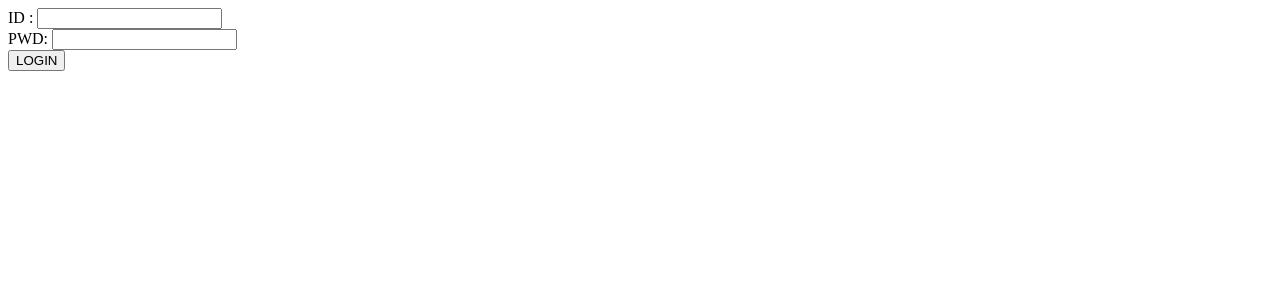
Repository: hrk09/JSPServlet
Page: edu/WebContent/lonInOut.html
These files come from the project's save history. The page is drawn as it stood at one moment and after the next save; the edit follows.
The browser window is 1280 px wide. The pictures show the whole page.

Above is the page before, as saved 2022-06-29 04:37:41.

After the next save:
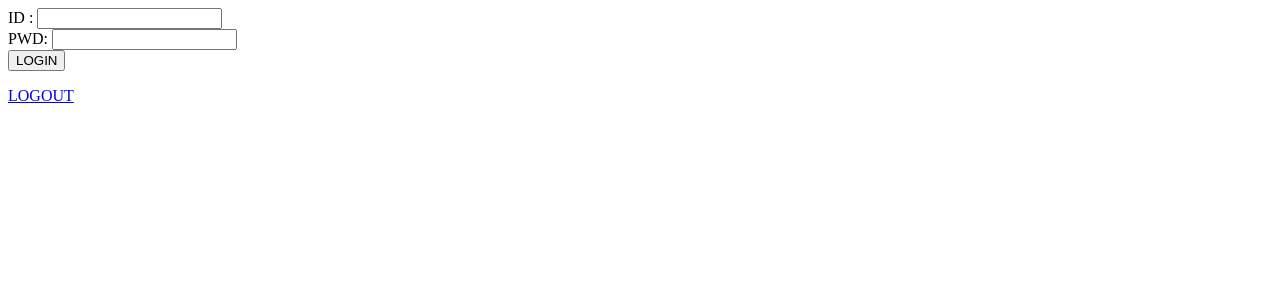
Saved 70 s later.
--- a/edu/WebContent/lonInOut.html
+++ b/edu/WebContent/lonInOut.html
@@ -10,5 +10,8 @@
 		PWD: <input type="password" name="pwd"><br>
 		<input type="submit" value="LOGIN">
 	</form>
+
+	<p><a href="logProc">LOGOUT</a></p>
+
 </body>
 </html>
